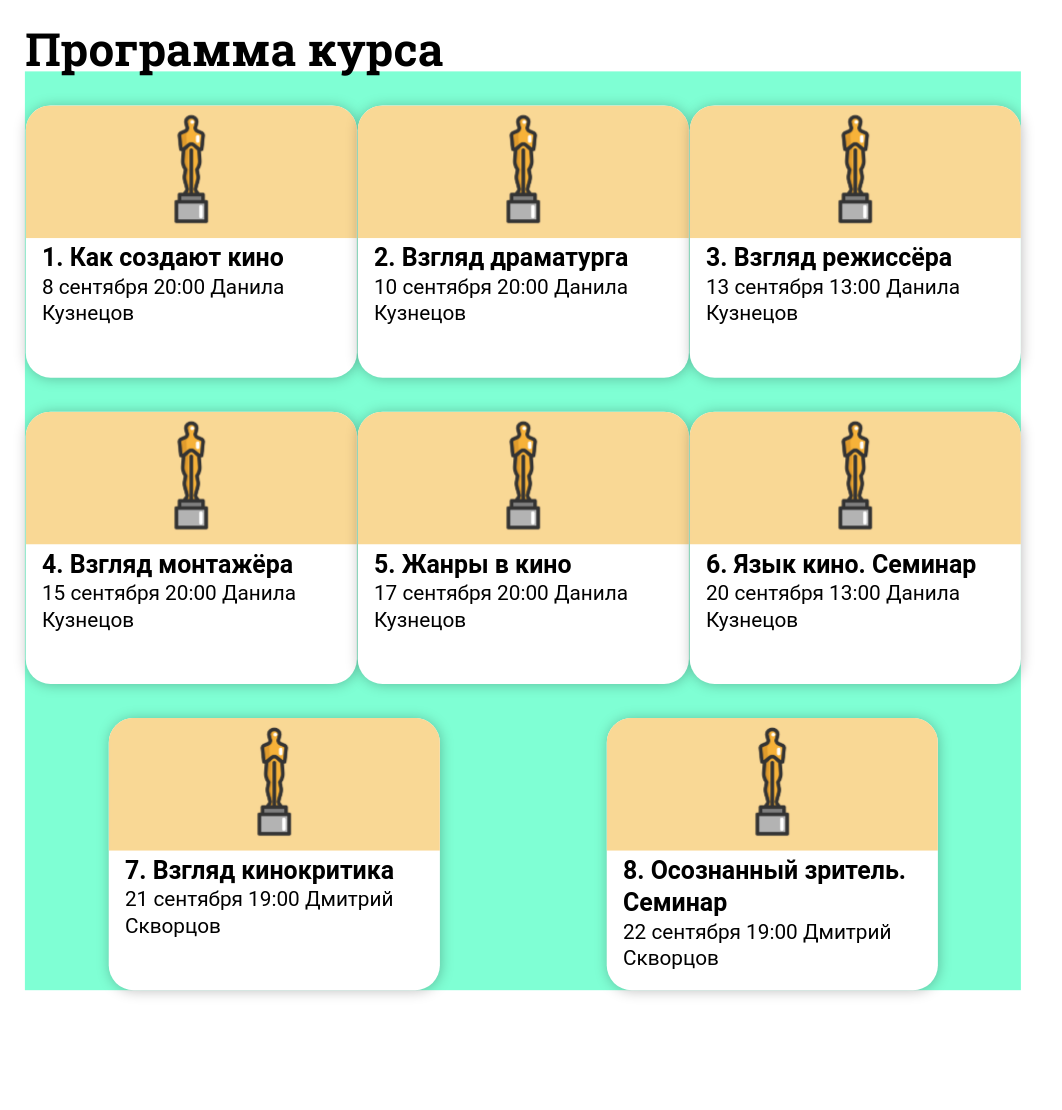
Repository: MehdiKerimov/Figma-task-18
Page: pages/homePage/index.html
The author's editor kept a copy of each file at every save. The page is drawn from the files as they stood at one save, then again after a run of saves.
The browser window is 1280 px wide. The pictures show the whole page, at 83% of full size.
The style sheet was rebuilt from its Sass, Less or Tailwind sources for each picture, by a compiler version that may differ from the author's.

Above is the page before, as saved 2023-11-28 10:40:10.

### pages/homePage/index.html
<!DOCTYPE html>
<html lang="en">
  <head>
    <meta charset="UTF-8" />
    <meta name="viewport" content="width=device-width, initial-scale=1.0" />
    <title>Document</title>
    <link rel="stylesheet" href="../../assets/css/reset.css" />
    <link rel="stylesheet" href="index.css" />
  </head>
  <body>
    <div class="container">
      <h1>Программа курса</h1>
      <ul>
        <li>
          <svg
            xmlns="http://www.w3.org/2000/svg"
            xmlns:xlink="http://www.w3.org/1999/xlink"
            width="399"
            height="160"
            viewBox="0 0 399 160"
            fill="none"
          >
            <path
              d="M0 30C0 13.4315 13.4315 0 30 0H369C385.569 0 399 13.4315 399 30V160H0V30Z"
              fill="url(#pattern0)"
            />
            <defs>
              <pattern
                id="pattern0"
                patternContentUnits="objectBoundingBox"
                width="1"
                height="1"
              >
                <use
                  xlink:href="#image0_1_117"
                  transform="matrix(0.000833333 0 0 0.00207813 0 -0.214596)"
                />
              </pattern>
              <image
                id="image0_1_117"
                width="1200"
                height="800"
                xlink:href="data:[embedded picture, 68827 characters]"
              />
            </defs>
          </svg>
          <h2>1. Как создают кино</h2>
          <p>8 сентября 20:00 Данила Кузнецов</p>
        </li>
        <li>
          <svg
            xmlns="http://www.w3.org/2000/svg"
            xmlns:xlink="http://www.w3.org/1999/xlink"

            viewBox="0 0 399 160"
            fill="none"
          >
            <path
              d="M0 30C0 13.4315 13.4315 0 30 0H369C385.569 0 399 13.4315 399 30V160H0V30Z"
              fill="url(#pattern0)"
            />
            <defs>
              <pattern
                id="pattern0"
                patternContentUnits="objectBoundingBox"
                width="1"
                height="1"
              >
                <use
                  xlink:href="#image0_1_129"
                  transform="matrix(0.000833333 0 0 0.00207813 0 -0.214596)"
                />
              </pattern>
              <image
                id="image0_1_129"
                width="1200"
                height="800"
                xlink:href="data:[embedded picture, 106779 characters]"
              />
            </defs>
          </svg>
          <h2>2. Взгляд драматурга</h2>
          <p>10 сентября 20:00 Данила Кузнецов</p>
        </li>
        <li>
          <svg
            xmlns="http://www.w3.org/2000/svg"
            xmlns:xlink="http://www.w3.org/1999/xlink"
            width="399"
            height="160"
            viewBox="0 0 399 160"
            fill="none"
          >
            <path
              d="M0 30C0 13.4315 13.4315 0 30 0H369C385.569 0 399 13.4315 399 30V160H0V30Z"
              fill="url(#pattern0)"
            />
            <defs>
              <pattern
                id="pattern0"
                patternContentUnits="objectBoundingBox"
                width="1"
                height="1"
              >
                <use
                  xlink:href="#image0_1_133"
                  transform="matrix(0.000833333 0 0 0.00207813 0 -0.214596)"
                />
              </pattern>
              <image
                id="image0_1_133"
                width="1200"
                height="800"
                xlink:href="data:[embedded picture, 57403 characters]"
              />
            </defs>
          </svg>
          <h2>3. Взгляд режиссёра</h2>
          <p>13 сентября 13:00 Данила Кузнецов</p>
        </li>
        <li>
          <svg
            xmlns="http://www.w3.org/2000/svg"
            xmlns:xlink="http://www.w3.org/1999/xlink"
            width="399"
            height="160"
            viewBox="0 0 399 160"
            fill="none"
          >
            <path
              d="M0 30C0 13.4315 13.4315 0 30 0H369C385.569 0 399 13.4315 399 30V160H0V30Z"
              fill="url(#pattern0)"
            />
            <defs>
              <pattern
                id="pattern0"
                patternContentUnits="objectBoundingBox"
                width="1"
                height="1"
              >
                <use
                  xlink:href="#image0_1_144"
                  transform="matrix(0.000833333 0 0 0.00207813 0 -0.214596)"
                />
              </pattern>
              <image
                id="image0_1_144"
                width="1200"
                height="800"
                xlink:href="data:[embedded picture, 49903 characters]"
              />
            </defs>
          </svg>
          <h2>4. Взгляд монтажёра</h2>
          <p>15 сентября 20:00 Данила Кузнецов</p>
        </li>
        <li>
          <svg
            xmlns="http://www.w3.org/2000/svg"
            xmlns:xlink="http://www.w3.org/1999/xlink"
            width="399"
            height="160"
            viewBox="0 0 399 160"
            fill="none"
          >
            <path
              d="M0 30C0 13.4315 13.4315 0 30 0H369C385.569 0 399 13.4315 399 30V160H0V30Z"
              fill="url(#pattern0)"
            />
            <defs>
              <pattern
                id="pattern0"
                patternContentUnits="objectBoundingBox"
                width="1"
                height="1"
              >
                <use
                  xlink:href="#image0_1_145"
                  transform="matrix(0.000833333 0 0 0.00207813 0 -0.214596)"
                />
              </pattern>
              <image
                id="image0_1_145"
                width="1200"
                height="800"
                xlink:href="data:[embedded picture, 90219 characters]"
              />
            </defs>
          </svg>
          <h2>5. Жанры в кино</h2>
          <p>17 сентября 20:00 Данила Кузнецов</p>
        </li>
        <li>
          <svg
            xmlns="http://www.w3.org/2000/svg"
            xmlns:xlink="http://www.w3.org/1999/xlink"
            width="399"
            height="160"
            viewBox="0 0 399 160"
            fill="none"
          >
            <path
              d="M0 30C0 13.4315 13.4315 0 30 0H369C385.569 0 399 13.4315 399 30V160H0V30Z"
              fill="url(#pattern0)"
            />
            <defs>
              <pattern
                id="pattern0"
                patternContentUnits="objectBoundingBox"
                width="1"
                height="1"
              >
                <use
                  xlink:href="#image0_1_146"
                  transform="matrix(0.000833333 0 0 0.00207813 0 -0.214596)"
                />
              </pattern>
              <image
                id="image0_1_146"
                width="1200"
                height="800"
                xlink:href="data:[embedded picture, 74483 characters]"
              />
            </defs>
          </svg>
          <h2>6. Язык кино. Семинар</h2>
          <p>20 сентября 13:00 Данила Кузнецов</p>
        </li>
        <li>
          <svg
            xmlns="http://www.w3.org/2000/svg"
            xmlns:xlink="http://www.w3.org/1999/xlink"
            width="399"
            height="160"
            viewBox="0 0 399 160"
            fill="none"
          >
            <path
              d="M0 30C0 13.4315 13.4315 0 30 0H369C385.569 0 399 13.4315 399 30V160H0V30Z"
              fill="url(#pattern0)"
            />
            <defs>
              <pattern
                id="pattern0"
                patternContentUnits="objectBoundingBox"
                width="1"
                height="1"
              >
                <use
                  xlink:href="#image0_1_146"
                  transform="matrix(0.000833333 0 0 0.00207813 0 -0.214596)"
                />
              </pattern>
              <image
                id="image0_1_146"
                width="1200"
                height="800"
                xlink:href="data:[embedded picture, 74483 characters]"
              />
            </defs>
          </svg>
          <h2>7. Взгляд кинокритика</h2>
          <p>21 сентября 19:00 Дмитрий Скворцов</p>
        </li>
        <li>
          <svg
            xmlns="http://www.w3.org/2000/svg"
            xmlns:xlink="http://www.w3.org/1999/xlink"
            width="399"
            height="160"
            viewBox="0 0 399 160"
            fill="none"
          >
            <path
              d="M0 30C0 13.4315 13.4315 0 30 0H369C385.569 0 399 13.4315 399 30V160H0V30Z"
              fill="url(#pattern0)"
            />
            <defs>
              <pattern
                id="pattern0"
                patternContentUnits="objectBoundingBox"
                width="1"
                height="1"
              >
                <use
                  xlink:href="#image0_1_146"
                  transform="matrix(0.000833333 0 0 0.00207813 0 -0.214596)"
                />
              </pattern>
              <image
                id="image0_1_146"
                width="1200"
                height="800"
                xlink:href="data:[embedded picture, 74483 characters]"
              />
            </defs>
          </svg>
          <h2>8. Осознанный зритель. Семинар</h2>
          <p>22 сентября 19:00 Дмитрий Скворцов</p>
        </li>
      </ul>
    </div>
  </body>
</html>

### assets/css/reset.css
*{
    margin: 0;
    padding: 0;
    box-sizing: border-box;
}
li{
 list-style-type: none;
}

### pages/homePage/index.scss
@import url("https://fonts.googleapis.com/css2?family=Roboto+Slab:wght@400;700&display=swap");

.container {
  background: #fff;
  padding: 30px 50px 144px 30px;
  min-height: 100vh;

  h1 {
    color: #000;
    font-family: Roboto Slab;
    font-size: 55px;
    font-style: normal;
    font-weight: 700;
    line-height: 101.385%;
  }

  ul {
    display: flex;
    justify-content: space-between;
    flex-wrap: wrap;
    background-color: aquamarine;

    li {
      margin: auto;
      margin-top: 41px;
      list-style-type: none;

      width: 399px;
      height: 328px;
      border-radius: 30px;
      background: #fff;
      box-shadow: 1px 1px 15px 0px rgba(0, 0, 0, 0.25);
      @media screen and (max-width: 768px) {
        width: 185px;
        height: 152.839px;
      }
      svg {
        width: 399px;
        height: 160px;
        @media screen and (max-width: 768px) {
          width: 185.923px;
          height: 74.556px;
        }
      }

      h2 {
        margin-left: 20px;
        /* width: 365px; */
        color: #000;
        font-family: Roboto;
        font-size: 30px;
        font-style: normal;
        font-weight: 700;
        line-height: 130%;
        @media screen and (max-width: 768px) {
          font-size: 14px;
        }
      }

      p {
        /* width: 365px; */
        margin-left: 20px;
        color: #000;
        font-family: Roboto;
        font-size: 25px;
        font-style: normal;
        font-weight: 400;
        line-height: 130%;
        @media screen and (max-width: 768px) {
          font-size: 12px;
        }
      }
    }
  }
}

After the next 3 saves:
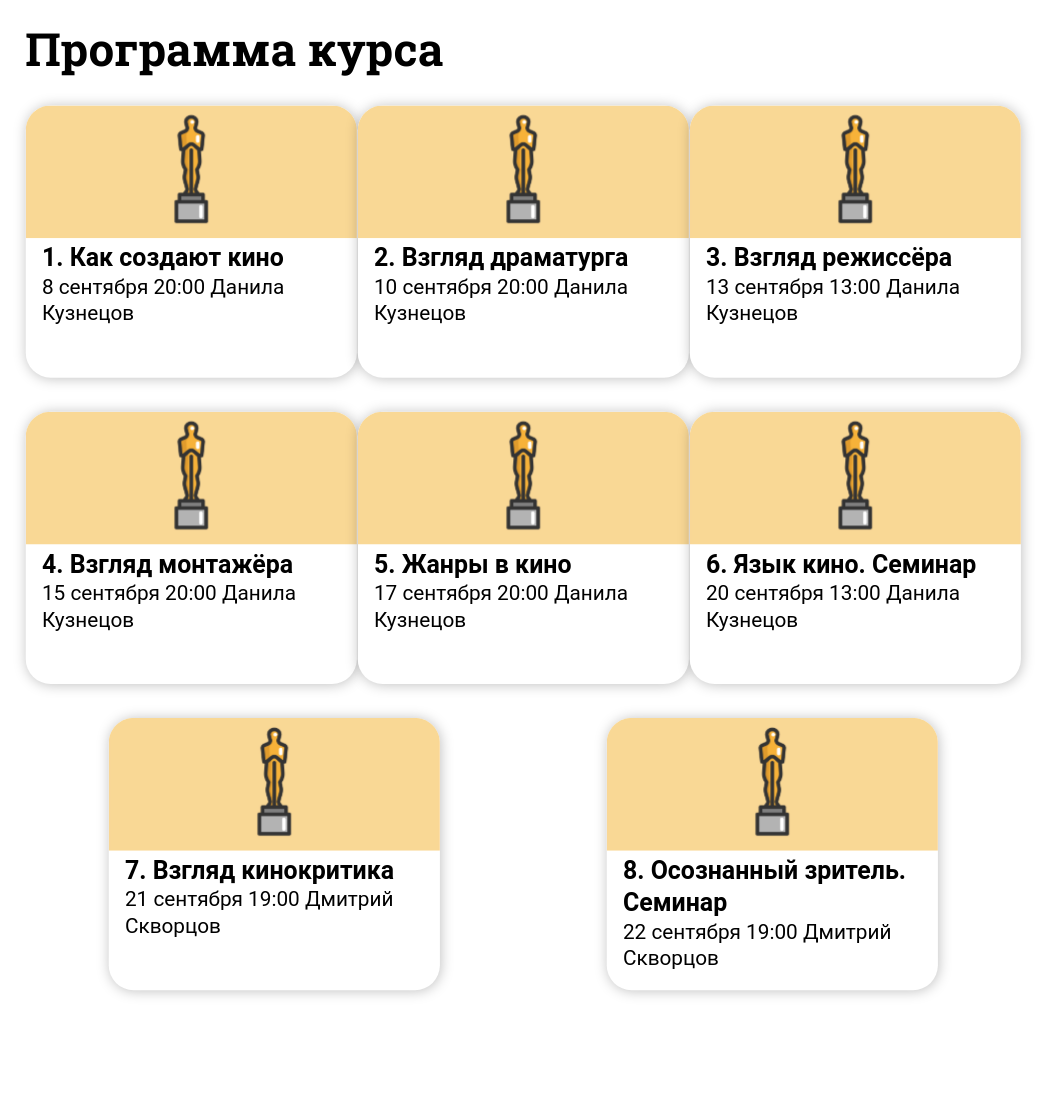
The 3 saves are shown as one change because they came seconds apart.
The last was saved 9 s later.
--- a/pages/homePage/index.scss
+++ b/pages/homePage/index.scss
@@ -18,8 +18,6 @@
     display: flex;
     justify-content: space-between;
     flex-wrap: wrap;
-    background-color: aquamarine;
-
     li {
       margin: auto;
       margin-top: 41px;
